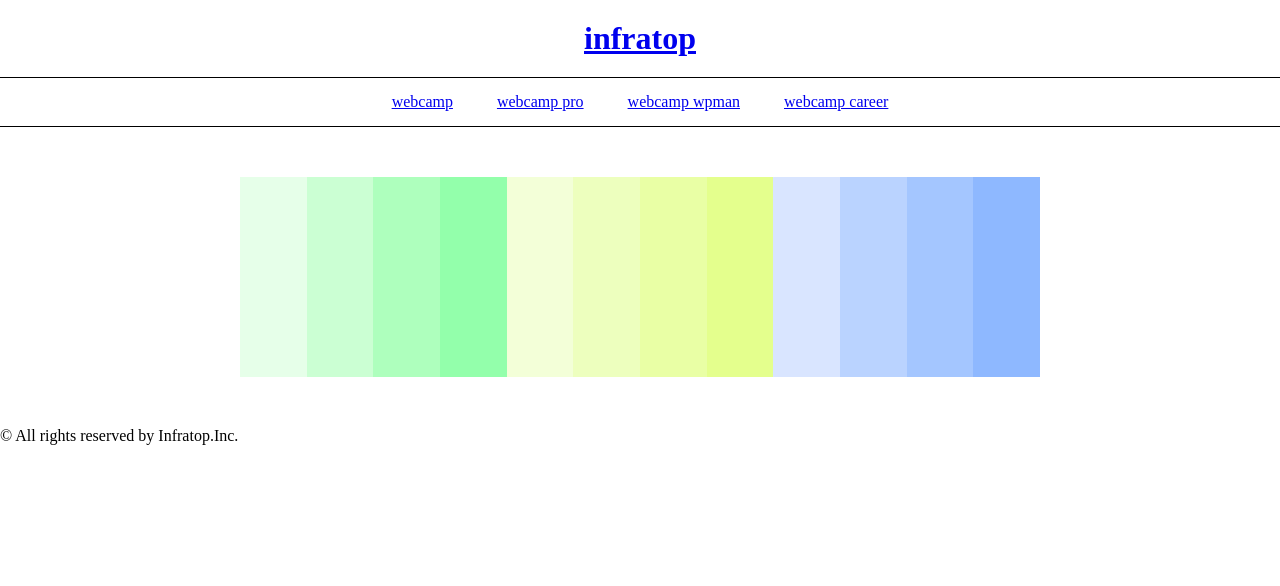
Repository: Y-takumi0/DMMwebcamp
Page: exercise/chapter5.html
The author's editor kept a record of every edit. The page is drawn from the files as they stood at one moment, then again after the next edit.
The browser window is 1280 px wide. The pictures show the whole page.

Above is the page before.

After the next edit:
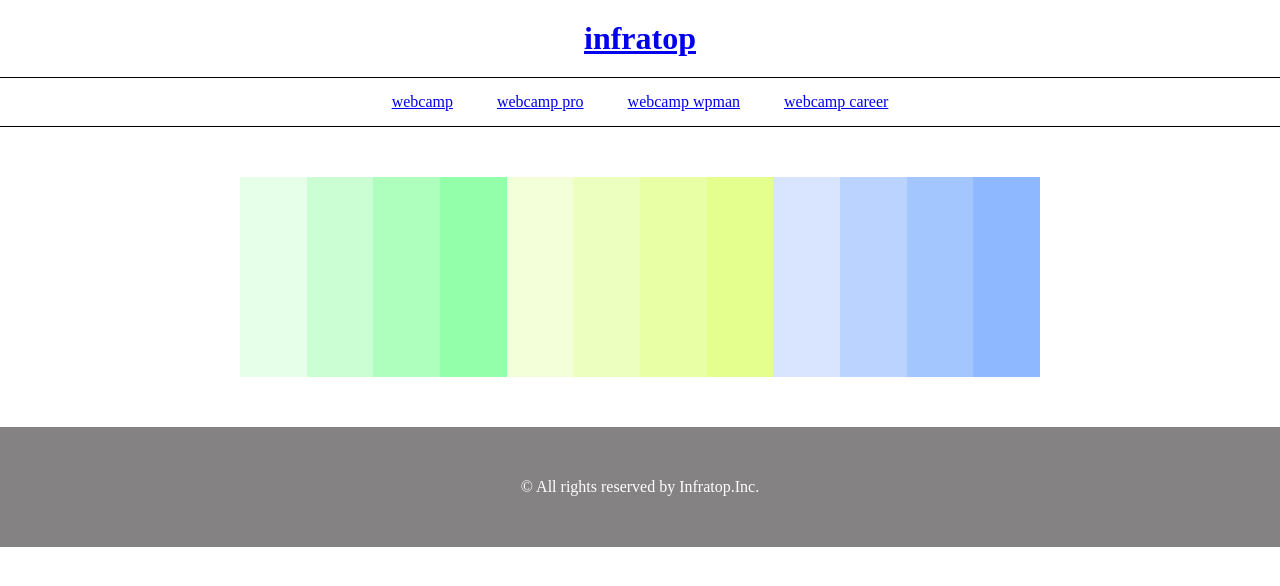
The edit:
--- a/exercise/chapter5.css
+++ b/exercise/chapter5.css
@@ -107,3 +107,15 @@ header .header {
   height: 200px;
   background-color: #8eb8ff;
 }
+
+footer {
+  width: 100%; /* 横幅 */
+  height: 120px; /* 高さ */
+  text-align: center;
+  line-height: 120px;
+  background-color: #848282;
+}
+
+.footer-text {
+  color: #fff;
+}
